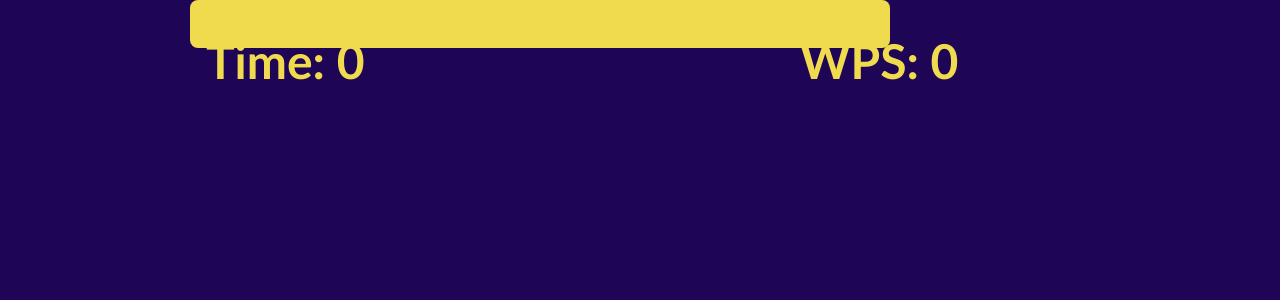
Repository: KhangNguyenIU/Vanilajs-TypingSpeed
Page: index.html
An editor plug-in stored every save of this project. The page is shown before and after the next save, followed by the edit.
The browser window is 1280 px wide. The pictures show the whole page.
The page's requests for data from a server got no answer.

Above is the page before, as saved 2021-10-15 12:32:39.

After the next save:
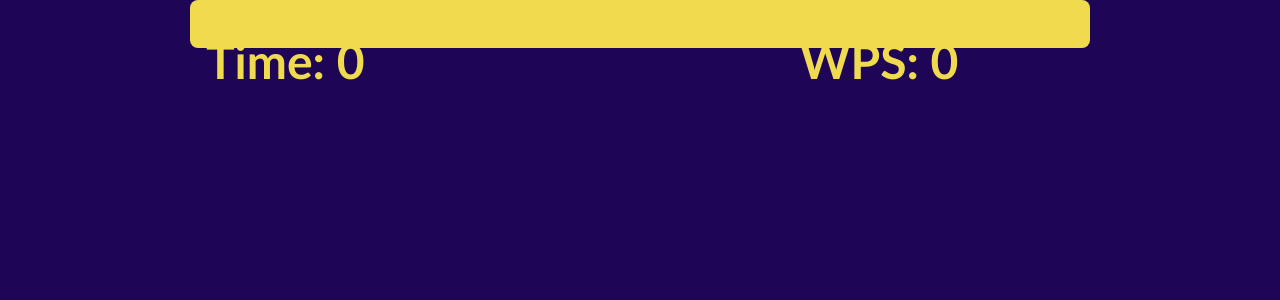
Saved 44 s later.
--- a/style.css
+++ b/style.css
@@ -31,12 +31,12 @@
     font-size: 22px;
     font-family: "Lora", serif;
   }
+
   .typing-box {
     background-color: #F0DB4F;
     padding: 1rem;
     border-radius: .5rem;
-    width: 700px;
-    max-width: 90%;
+    width: 100%;
   }
 
   #overlay {
@@ -77,9 +77,8 @@
   .modal.active{
     opacity: 1;
   }
-  .modal-body{
 
-  }
+
   .timer {
     position: absolute;
     top: 2rem;
